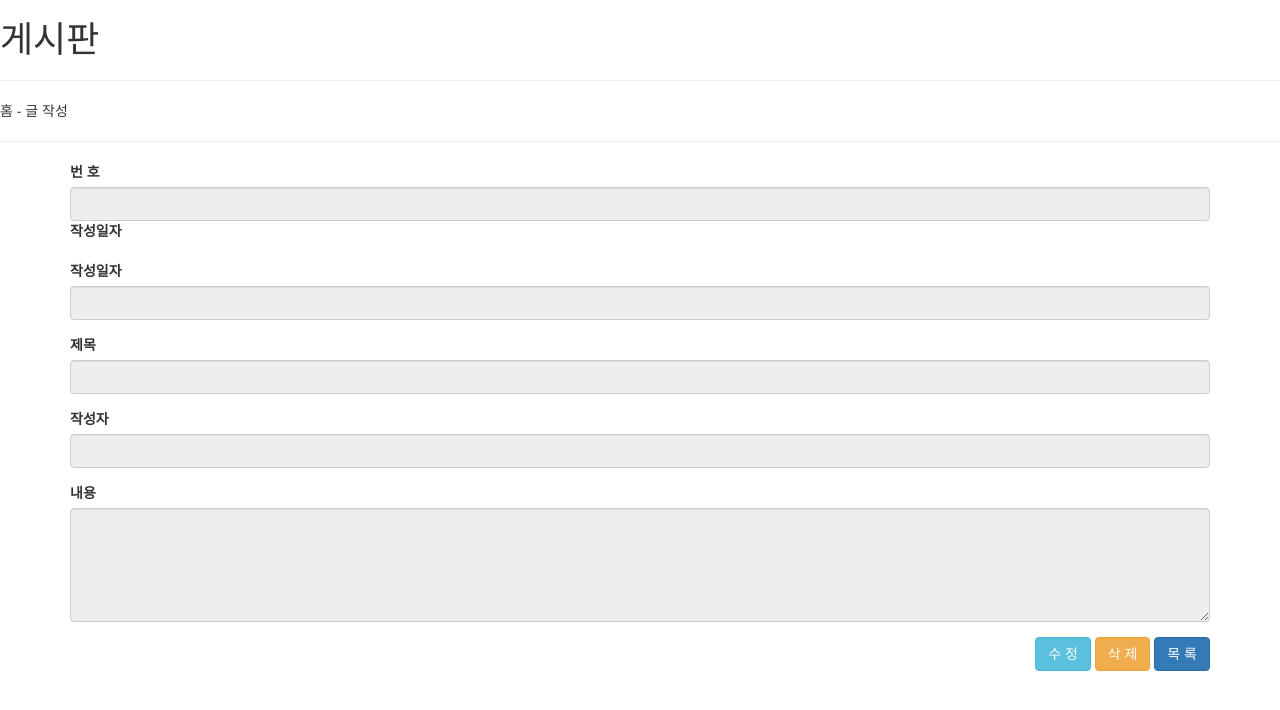
Repository: assa1092/MoonTest
Page: http://localhost/testBoard/WEB-INF/views/board/readView.jsp
These files come from the project's save history. The page is drawn as it stood at one moment and after the next save; the edit follows.
The browser window is 1280 px wide. The pictures show the whole page.
The page is served by Tomcat 9. Nobody is signed in. Other server files are loaded and not shown. The template is opened directly, without the code that normally fills it, so the values that code supplies are empty.

Above is the page before, as saved 2020-12-17 01:45:17.

### testBoard/src/main/webapp/WEB-INF/views/board/readView.jsp
<%@ page language="java" contentType="text/html; charset=UTF-8"
	pageEncoding="UTF-8"%>
<%@ taglib uri="http://java.sun.com/jsp/jstl/core" prefix="c"%>
<%@ taglib uri="http://java.sun.com/jsp/jstl/functions" prefix="fn"%>
<%@ taglib uri="http://java.sun.com/jsp/jstl/fmt" prefix="fmt"%>
<!DOCTYPE html>
<html>
<head>
<meta charset="utf-8">
<meta name="viewport" content="width=device-width, initial-scale=1">
<link rel="stylesheet"
	href="https://maxcdn.bootstrapcdn.com/bootstrap/3.4.1/css/bootstrap.min.css">
<script
	src="https://ajax.googleapis.com/ajax/libs/jquery/3.5.1/jquery.min.js"></script>
<script
	src="https://maxcdn.bootstrapcdn.com/bootstrap/3.4.1/js/bootstrap.min.js"></script>

<title>Insert title here</title>
</head>
<body>
	<div id="root">
		<header>
			<h1>게시판</h1>
		</header>
		<hr />

		<nav>홈 - 글 작성</nav>
		<hr />

		<section id="container" class="container">
			<form role="form" method="post">
				<%-- <table>
						<tbody>
							<tr>
								<td>
									<label for="bno">글 번호</label><input type="text" id="bno" name="bno" value="${read.bno}"/>
								</td>
							</tr>
							<tr>
								<td>
									<label for="title">제목</label><input type="text" id="title" name="title" value="${read.title}"/>
								</td>
							</tr>
							<tr>
								<td>
									<label for="content">내용</label><textarea id="content" name="content"><c:out value="${read.content}" /></textarea>
								</td>
							</tr>
							<tr>
								<td>
									<label for="writer">작성자</label><input type="text" id="writer" name="writer" value="${read.writer}" />
								</td>
							</tr>
							<tr>
								<td>
									<label for="regdate">작성날짜</label>
									<fmt:formatDate value="${read.regdate}" pattern="yyyy-MM-dd"/>
								</td>
							</tr>
						</tbody>
					</table> --%>


				<div class="form-group">
					<label for="bno">번 호</label>
						<input name="bno" id="bno" class="form-control" readonly  value="${read.bno }">
					<label for="regdate">작성일자</label>
						<fmt:formatDate value="${read.regdate}" pattern="yyyy-MM-dd"/>
						<%-- <input name="regdate" id="regdate" class="form-control" readonly  value="${read.regdate }"> --%>
				</div>

				<div class="form-group">
					<label for="writer">작성일자</label>
						<input name="writer" id="writer" class="form-control" readonly  value="${read.writer }">
				</div>

				<div class="form-group">
					<label for="title">제목</label>
					<!-- for="title" 제목 클릭시 name="title"으로 포커스 가게... -->
					<input name="title" id="title" class="form-control" readonly  value="${read.title }">
					<!-- input 태그가 한줄로 모서리 둥글게...class="form-control" -->

				</div>
				<div class="form-group">
					<label for="writer">작성자</label>
						<input name="writer" id="writer" class="form-control" readonly  value="${read.writer }">
				</div>

				<div class="form-group">
					<label for="content">내용</label>
					<textarea rows="5" name="content" id="content" readonly  class="form-control" > ${read.content }</textarea>
				</div>
			</form>

			<div class="form-group" align="right">
					<button id="modifyBtn" class="btn btn-info">수 정</button>
					<button id ="deleteBtn" class="btn btn-warning" >삭 제</button>
					<button id ="listBtn" class="btn btn-primary" >목 록</button>
			</div>
		</section>
	</div>

</body>
</html>

After the next save:
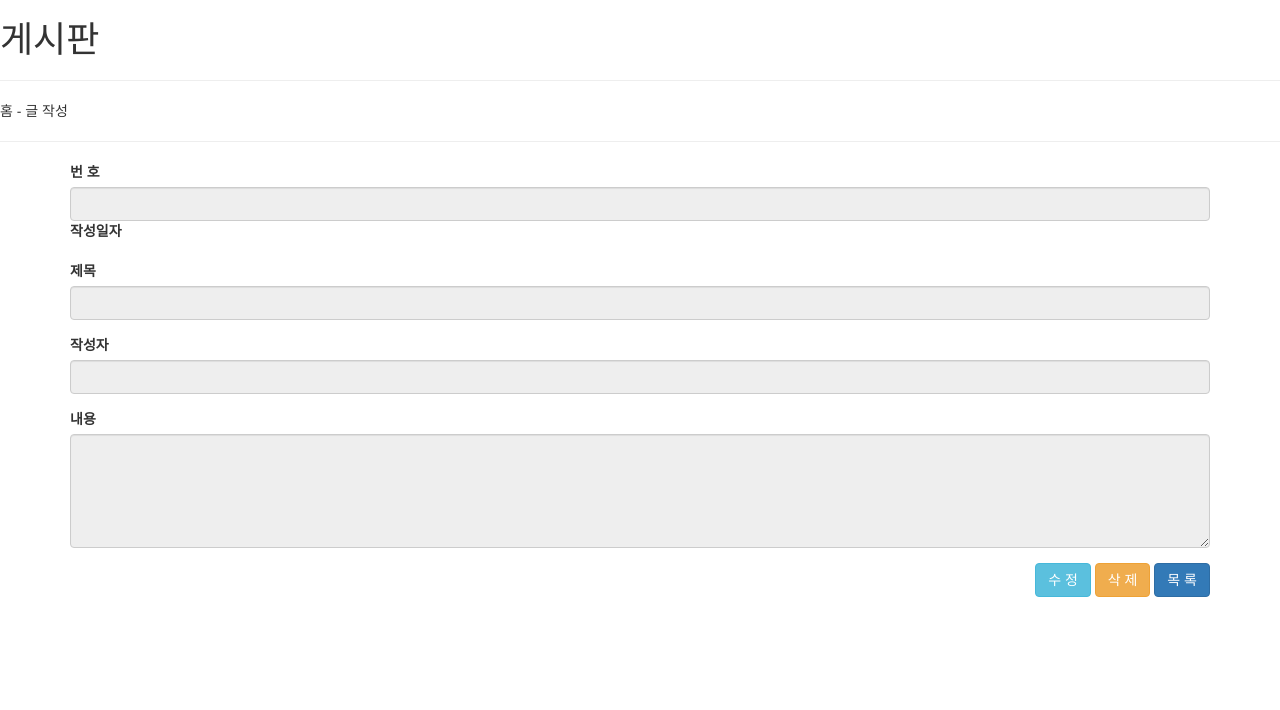
Saved 107 s later.
--- a/testBoard/src/main/webapp/WEB-INF/views/board/readView.jsp
+++ b/testBoard/src/main/webapp/WEB-INF/views/board/readView.jsp
@@ -70,11 +70,6 @@
 				</div>
 
 				<div class="form-group">
-					<label for="writer">작성일자</label>
-						<input name="writer" id="writer" class="form-control" readonly  value="${read.writer }">
-				</div>
-
-				<div class="form-group">
 					<label for="title">제목</label>
 					<!-- for="title" 제목 클릭시 name="title"으로 포커스 가게... -->
 					<input name="title" id="title" class="form-control" readonly  value="${read.title }">
